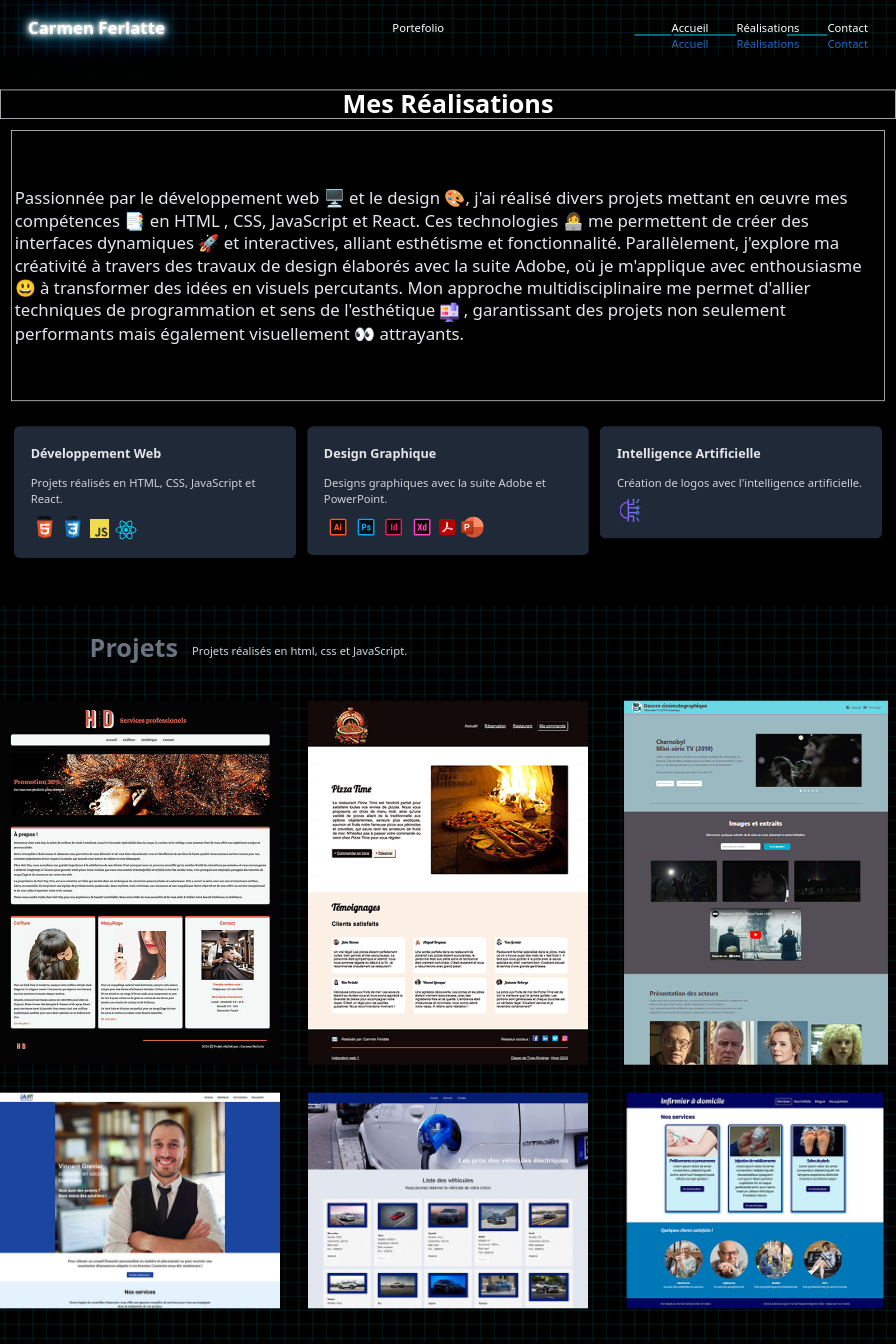
Repository: CarmenFerlatte/TP3__FerlatteCarmen
Page: realisations.html
These files come from the project's save history. The page is drawn as it stood at one moment and after a run of saves; the edit follows.
The browser window is 1280 px wide. The pictures show the part of the page from y = 0 to 1920 px (the page is 2917 px tall before and 2925 px after), at 70% of full size.
Some web libraries are served in a nearby version. The style sheet was rebuilt from its Sass, Less or Tailwind sources for each picture, by a compiler version that may differ from the author's.

Above is the page before, as saved 2024-08-22 11:21:56.
Console error: TypeError: Cannot read properties of null (reading 'addEventListener')

### realisations.html
<!DOCTYPE html>
<html lang="fr-ca">
<head>
    <meta charset="UTF-8">
    <meta name="viewport" content="width=device-width, initial-scale=1.0">
    <link href="https://cdn.jsdelivr.net/npm/tailwindcss@2.2.19/dist/tailwind.min.css" rel="stylesheet">
    <title>Mon Portefolio</title>
    <script src="https://cdn.tailwindcss.com"></script>
    <link href="https://cdn.jsdelivr.net/npm/tailwindcss@2.2.19/dist/tailwind.min.css" rel="stylesheet">
    <link rel="stylesheet" href="https://cdnjs.cloudflare.com/ajax/libs/font-awesome/6.4.0/css/all.min.css">
    <link rel="stylesheet" href="style/css/style.css">
    <link rel="apple-touch-icon" sizes="180x180" href="img/favicons/apple-touch-icon.png">
    <link rel="icon" type="image/png" sizes="32x32" href="img/favicons/favicon-32x32.png">
    <link rel="icon" type="image/png" sizes="16x16" href="img/favicons/favicon-16x16.png">
    <link rel="manifest" href="img/favicons/site.webmanifest">
    <script src="https://code.jquery.com/jquery-3.6.0.min.js"></script>
    <script src="js/navbar.js" defer></script>
    <script src="js/script.js" defer></script>
    <script src="js/header.js" defer></script>
    <script src="js/install.js" defer></script>
    <script>
        $(function(){
            $("#header").load("assets/php/header.html");
            $("#footer").load("assets/php/footer.html");
        });
    </script>
</head>

<body class="bg-black text-white h-dvh">
    <header id="header"></header>

<main>
    <section class="md:h-full bg-black text-white py-8 sm:py-11 lg:py-12">
         <h1 class="text-2xl md:text-3xl lg:text-4xl  font-bold text-center mt-20 border">Mes Réalisations</h1>
    <div class="container flex justify-center items-center mx-auto px-4 py-20 md:py-4">

        <p class="text-sm sm:text-md md:text-base lg:text-1xl xl:text-2xl leading-6 text-left lg:py-20 px-5 md:px-2 lg:px-1 2xl:px-0 text-gray-200 border">Passionnée par le développement web 🖥  et le design 🎨, j'ai réalisé divers projets mettant en œuvre mes compétences 📑  en HTML , CSS, JavaScript et React. Ces technologies 👩‍💻 me permettent de créer des interfaces dynamiques 🚀 et interactives, alliant esthétisme et fonctionnalité. Parallèlement, j'explore ma créativité à travers des travaux de design élaborés avec la suite Adobe, où je m'applique avec enthousiasme 😃  à transformer des idées en visuels percutants. Mon approche multidisciplinaire me permet d'allier techniques de programmation et sens de l'esthétique <span><img class="w-7 inline-block align-middle" src="img/icons/design_web.svg" alt="icone design web"></span> , garantissant des projets non seulement performants mais également visuellement 👀 attrayants.  </p>

    </div>

<div class="container mx-auto px-4 py-1 md:py-5 md:mb-0 mt-[-10px] md:mt-0">
    <div class="grid grid-cols-12 gap-4 flex items-stretch px-5 md:px-2 lg:px-1">
        <div class="col-span-12 md:col-span-6 lg:col-span-4">
            <a href="#projets" title="Voir les projets">
                <div class="relative group cursor-pointer bg-gray-800 p-6 rounded-lg shadow-lg hover:bg-gray-700 hover:shadow-xl transition duration-300">
                    <h3 class="sm:text-lg md:text-1xl text-2xl font-bold text-gray-200">Développement Web</h3>
                    <p class="text-gray-300 mt-4 mb-1">Projets réalisés en HTML, CSS, JavaScript et React.</p>
                    <p class="flex">
                        <img src="img/icons/html5_icon.svg" alt="HTML5 icône" class="w-8 h-8 mt-2 mx-1">
                        <img src="img/icons/css3_icon.svg" alt="CSS3 icône" class="w-8 h-8 mt-2 mx-1">
                        <img src="img/icons/javascript_icon.svg" alt="JavaScript icône" class="w-7 h-7 mt-3 mx-1">
                        <img src="img/icons/react_native_icon.svg" alt="React icône" class="w-8 h-8 mt-3 mx-1">
                    </p>
                </div>
            </a>
        </div>

        <div class="col-span-12 md:col-span-6 lg:col-span-4 flex flex-col">
            <a href="#galerie" title="Voir les designs" class="flex-grow">
                <div class="relative group cursor-pointer bg-gray-800 p-6 rounded-lg shadow-lg hover:bg-gray-700 hover:shadow-xl transition duration-300 flex flex-col">
                    <h3 class="sm:text-lg md:text-1xl text-2xl font-bold text-gray-200 group">Design Graphique</h3>
                    <p class="text-gray-300 mt-4 mb-1">Designs graphiques avec la suite Adobe et PowerPoint.</p>
                    <div class="flex">
                        <img src="img/icons/adobe-illustrator_icon.svg" alt="Illustrator icône" class="w-8 h-8 mt-2 mx-1">
                        <img src="img/icons/adobe_photoshop_icon.svg" alt="Photoshop icône" class="w-8 h-8 mt-2 mx-1">
                        <img src="img/icons/adobe_indesign_icon.svg" alt="InDesign icône" class="w-8 h-8 mt-2 mx-1">
                        <img src="img/icons/adobe-xd_icon.svg" alt="XD icône" class="w-8 h-8 mt-2 mx-1">
                        <img src="img/icons/Adobe_Acrobat_Reader_icon.svg" alt="Acrobat Reader icône" class="w-6 h-6 mt-3 mx-1">
                        <img src="img/icons/microsoft_powerpoint_icon.svg" alt="PowerPoint icône" class="w-8 h-8 mt-2 mx-1">
                    </div>
                </div>
            </a>
        </div>

        <div class="col-span-12 md:col-span-6 lg:col-span-4 flex flex-col">
            <a href="#galerie" title="Voir les projets" class="flex-grow">
                <div class="relative group cursor-pointer bg-gray-800 p-6 rounded-lg shadow-lg hover:bg-gray-700 hover:shadow-xl transition duration-300 flex flex-col">
                    <h3 class="sm:text-lg md:text-1xl text-2xl font-bold text-gray-200">Intelligence Artificielle</h3>
                    <p class="text-gray-300 mt-4 mb-1">Création de logos avec l'intelligence artificielle.</p>
                    <div class="flex">
                        <img src="img/icons/intelligence_artificielle_icon.svg" alt="PowerPoint icône" class="w-8 h-8 mt-2 mx-1">
                    </div>
                </div>
            </a>
        </div>
    </div>
</div>


    </section>

    <section class="cyber-grid md:mt-auto">
        <div class="max-w-screen-sm md:max-w-screen-md lg:max-w-screen-lg 2xl:max-w-screen-2xl mx-auto flex inlign-flex align-items pt-10"><h2 id="projets" class="text-2xl md:text-3xl lg:text-4xl font-bold text-gray-500 lg:text-3xl dark:text-white ml-10 sm:ml-0">Projets</h2>
        <p class="hidden max-w-screen-sm text-1xl text-gray-300 dark:text-gray-300 md:block pt-3 pl-5">
                Projets réalisés en html, css et JavaScript.
                </p></div>
    <div class="container mx-auto py-8 md:mt-2 px-2 md:px-2 lg:px-0">

        <div class="grid grid-cols-1 md:grid-cols-2 lg:grid-cols-3 gap-10 p-4 w-full mx-auto place-items-start px-10 sm:px-0">
            <img class="hover:opacity-75" src="img/screenshots/2024__projet__salon_de_coiffure.jpg" alt="image">
            <img class="hover:opacity-75" src="img/screenshots/2024__projet__restaurant.png" alt="image">
            <img class="hover:opacity-75" src="img/screenshots/2024__projet_cinema.png" alt="image">
            <img class="hover:opacity-75" src="img/screenshots/2024__projet__vincent_grenier_w600.jpg" alt="image">
            <img class="hover:opacity-75" src="img/screenshots/mon_premier_projet_react.jpg" alt="image">
            <img class="hover:opacity-75" src="img/screenshots/2023__projet__soins_infirmiers.png" alt="image">
        </div>
    </div>
</section>
    <section class="dark:bg-gray-800 h-full pt-16">
        <div class="flex items-center gap-12 max-w-screen-sm md:max-w-screen-md lg:max-w-screen-lg 2xl:max-w-screen-2xl mx-auto mb-0">
                <h2 id="galerie" class="text-2xl md-text-3xl lg:text-4xl font-bold text-gray-500 dark:text-white">Galerie</h2>

                <p class="hidden max-w-screen-sm text-1xl text-gray-300 dark:text-gray-300 md:block">
                Mes designs graphiques avec Adobe Illustrator, InDesign, Photoshop et PowerPoint de Microsoft Office.
                </p>
            </div>
    <div class="mx-auto h-auto max-w-screen-2xl px-4 md:px-8 mb-16 mt-[-40px] md:mt-auto">

        <div class="mb-4 flex items-center justify-between gap-8 sm:mb-8 md:mb-12">


            <!-- <a href=""
                class="inline-block rounded-lg border bg-white dark:bg-gray-700 dark:border-none px-4 py-2 text-center text-sm font-semibold text-gray-500 dark:text-gray-200 outline-none ring-indigo-300 transition duration-100 hover:bg-gray-100 focus-visible:ring active:bg-gray-200 md:px-8 md:py-3 md:text-base">
                More
            </a> -->
        </div>

        <div class="grid grid-cols-1 md:grid-cols-2 lg:grid-cols-3 mx-10 gap-4 md:gap-6 xl:gap-8">
            <!-- image - start -->
            <a href="https://le-redacteur-sportif.ca/harricana_trail_2023.html" title="Le Rédacteur Sportif" target="_blank" rel="noopener noreferrer"
                class="group relative flex items-end h-72 md:h-80 overflow-hidden rounded-lg bg-gray-100 shadow-lg">
                <img src="img/design/harricana_trail_80km__charlevoix__Vincent_Greniert.jpg" loading="lazy" alt="Projet Carmen Ferlatte Adobe InDesign (brochure)" class="absolute inset-0 h-full w-full object-cover object-center transition duration-200 group-hover:scale-110">

                <div
                    class="pointer-events-none absolute inset-0 bg-gradient-to-t from-gray-800 via-transparent to-transparent opacity-50">
                </div>

                <span class="relative ml-4 mb-3 inline-block text-sm text-white md:ml-5 md:text-lg">PowerPoint</span>
            </a>
            <!-- image - end -->

            <!-- image - start -->
            <div
                class="group relative flex items-end h-72 md:h-48 overflow-hidden rounded-lg bg-gray-100 shadow-lg md:h-80">
                <img src="img/design/05__affiche_bungee__Carmen_Ferlatte.jpg" loading="lazy" alt="Projet Carmen Ferlatte Adobe Illustrator (affiche)" class="absolute inset-0 h-full w-full object-cover object-center transition duration-200 group-hover:scale-110">

                <div
                    class="pointer-events-none absolute inset-0 bg-gradient-to-t from-gray-800 via-transparent to-transparent opacity-50">
                </div>

                <span class="relative ml-4 mb-3 inline-block text-sm text-white md:ml-5 md:text-lg">Illustrator + Photoshop + Mockup</span>
            </div>
            <!-- image - end -->

            <!-- image - start -->
            <div
                class="group relative flex items-end h-72 md:h-48 overflow-hidden rounded-lg bg-gray-100 shadow-lg md:h-80">
                <img src="img/design/exercice_inDesign__Carmen_Ferlatte.jpg" loading="lazy" alt="Photo by Magicle" class="absolute inset-0 h-full w-full object-cover object-center transition duration-200 group-hover:scale-110">

                <div
                    class="pointer-events-none absolute inset-0 bg-gradient-to-t from-gray-800 via-transparent to-transparent opacity-50">
                </div>

                <span class="relative ml-4 mb-3 inline-block text-sm text-white md:ml-5 md:text-lg">InDesign</span>
            </div>
            <!-- image - end -->

            <!-- image - start -->
            <a href="https://le-redacteur-sportif.ca/harricana_trail_2023.html" title="Le Rédacteur Sportif" target="_blank" rel="noopener noreferrer"
                class="group relative flex items-end h-72 md:h-48 overflow-hidden rounded-lg bg-gray-100 shadow-lg md:h-80">
                <img src="img/design/casquette__RS__w1200.jpg" loading="lazy" alt="Affiche médias sociaux PowerPoint / Carmen Ferlatte" class="absolute inset-0 h-full w-full object-cover object-center transition duration-200 group-hover:scale-110">

                <div
                    class="pointer-events-none absolute inset-0 bg-gradient-to-t from-gray-800 via-transparent to-transparent opacity-50">
                </div>

                <span class="relative ml-4 mb-3 inline-block text-sm text-white md:ml-5 md:text-lg">Photoshop + Mockup</span>
            </a>
            <!-- image - end -->

            <!-- image - start -->
            <div
                class="group relative flex h-72 md:h-48 items-end overflow-hidden rounded-lg bg-gray-100 shadow-lg md:h-80">
                <img src="img/design/projet__brochure__spa__450x345.jpg" loading="lazy" alt="Brochure InDesign et Mockup / Carmen Ferlatte" class="absolute inset-0 h-full w-full object-cover object-center transition duration-200 group-hover:scale-110">

                <div
                    class="pointer-events-none absolute inset-0 bg-gradient-to-t from-gray-800 via-transparent to-transparent opacity-50">
                </div>

                <span class="relative ml-4 mb-3 inline-block text-sm text-white md:ml-5 md:text-lg">InDesign / Mockup</span>
            </div>
            <!-- image - end -->
             <!-- image - start -->
            <div
                class="group relative flex h-72 md:h-48 items-end overflow-hidden rounded-lg bg-gray-100 shadow-lg md:h-80">
                <img src="img/design/logo_colley_carmen_ferlatte.jpg" loading="lazy" alt="Logo fait avec l'Intélligence artificielle / Carmen Ferlatte" class="absolute inset-0 h-full w-full object-cover object-center transition duration-200 group-hover:scale-110">

                <div
                    class="pointer-events-none absolute inset-0 bg-gradient-to-t from-gray-800 via-transparent to-transparent opacity-50">
                </div>

                <span class="relative ml-4 mb-3 inline-block text-sm text-white md:ml-5 md:text-lg">Intélligence artificielle</span>
            </div>
            <!-- image - end -->
        </div>
    </div>
</section>
</main>

   <footer id="footer" class="block clear-both mt-16"></footer>
</body>
</html>

### js/install.js
// Description: Script pour l'installation de la PWA

let deferedInstallPrompt = null;
    const installButton = document.getElementById('butInstall');

    installButton.addEventListener('click', installPWA);

    window.addEventListener('beforeInstallPrompt', afficherButtonInstall);

    function afficherBoutonInstall(evt) {
        deferedInstallPrompt = evt;
        installButton.removeAttribute('hidden');
    }

    function installPWA(evt) {
        deferedInstallPrompt.prompt();
        evt.srcElement.setAttribute('hidden', true);
        deferedInstallPrompt.userChoice
            .then((choice) => {
                if (choice.outcome === 'accepted') {
                    console.log("L'usager a installé la PWA VIA le mon bouton d'installation", choice);
                } else {
                    console.log("Lusager a refusé l'installation de la PWA VIA le boutton d'installation", choice);
                }
                deferedInstallPrompt = null;
            });

        function logAppInstalled(evt) {
            console.log("L'usager a installé la PWA VIA Les ... de Chrome");
    }
 };

### assets/php/header.html
<header>
  <nav class="bg-animated cyber-grid fixed w-full z-50">
    <div class="w-full mx-auto px-6 md:px-10">
      <div class="flex justify-between items-center py-6">
        <a
          href="index.html"
          class="text-xl sm:text-1xl lg:text-2xl font-bold neon-text glitch-effect"
          data-text="Carmen Ferlatte"
          >Carmen Ferlatte</a
        >
        <label for="menu-toggle">Portefolio</label>
        <input type="checkbox" id="menu-toggle" class="hidden" />
        <label for="menu-toggle" class="menu-icon cursor-pointer md:hidden">
          <span class="hamburger"></span>
        </label>
        <ul class="menu hidden md:flex md:items-center space-x-10">
          <li>
            <a href="index.html" class="nav-link" data-text="Accueil"
              >Accueil</a
            >
          </li>
          <li>
            <a
              href="realisations.html"
              class="nav-link"
              data-text="Réalisations"
              >Réalisations</a
            >
          </li>
          <li>
            <a href="contact.html" class="nav-link" data-text="Contact"
              >Contact</a
            >
          </li>
          <!-- <li><a href="#" class="bg-gradient-to-r from-cyan-500 to-blue-500 text-white font-bold py-2 px-4 rounded hover:from-cyan-600 hover:to-blue-600 transition-all duration-300">Sign Up</a></li> -->
        </ul>
      </div>
    </div>
  </nav>
</header>

### assets/php/footer.html
<footer class="cyber-grid">
    <div class="container mx-auto px-4 py-10">
        <p class="text-center text-white">© 2024 Carmen Ferlatte. Tous droits réservés.</p>
   </div>
</footer>

### style/sass/style.scss
@use "navbar" as *;

### style/sass/_navbar.scss
@keyframes neon-pulse {
    0%, 100% {
        text-shadow: 0 0 5px #fff, 0 0 10px #fff, 0 0 15px #fff, 0 0 20px #0891b2, 0 0 35px #0891b2, 0 0 40px #0891b2, 0 0 50px #0891b2, 0 0 75px #0891b2;
    }
    50% {
        text-shadow: 0 0 2px #fff, 0 0 5px #fff, 0 0 7px #fff, 0 0 10px #0891b2, 0 0 17px #0891b2, 0 0 20px #0891b2, 0 0 25px #0891b2, 0 0 37px #0891b2;
    }
}

.neon-text {
    animation: neon-pulse 1.5s infinite alternate;
}

.bg-animated {
    background: linear-gradient(-45deg, #000000, #1a1a1a, #000033, #003366);
    background-size: 400% 400%;
    animation: gradient 15s ease infinite;
}

@keyframes gradient {
    0% { background-position: 0% 50%; }
    50% { background-position: 100% 50%; }
    100% { background-position: 0% 50%; }
}

.cyber-grid {
    background-image:
        linear-gradient(rgba(0, 255, 255, 0.1) 1px, transparent 1px),
        linear-gradient(90deg, rgba(0, 255, 255, 0.1) 1px, transparent 1px);
    background-size: 20px 20px;
    animation: cyber-grid-move 20s linear infinite;
}

@keyframes cyber-grid-move {
    0% { background-position: 0 0; }
    100% { background-position: 20px 20px; }
}



.nav-link {
    position: relative;
    overflow: hidden;

        &::before {
            content: '';
            position: absolute;
            bottom: 0;
            left: 0;
            width: 100%;
            height: 2px;
            background-color: #0891b2;
            transform: translateX(-100%);
            transition: transform 0.3s ease;
        }

       &:hover::before {
            transform: translateX(0);
        }

        &::after {
            content: attr(data-text);
            position: absolute;
            top: 0;
            left: 0;
            width: 100%;
            height: 100%;
            display: flex;
            align-items: center;
            justify-content: center;
            transform: translateY(100%);
            background: linear-gradient(to bottom, #0891b2, #3e43cb);
            -webkit-background-clip: text;
            background-clip: text;
            -webkit-text-fill-color: transparent;
            transition: transform 0.3s ease;
        }

        &:hover::after {
            transform: translateY(0);
        }
}


.glitch-effect {
    position: relative;

    &::before,
    &::after {
        content: attr(data-text);
        position: absolute;
        top: 0;
        left: 0;
        width: 100%;
        height: 100%;
        opacity: 0.8;
    }

    &::before {
        left: 2px;
        text-shadow: -2px 0 #ff00de;
        clip: rect(24px, 550px, 90px, 0);
        animation: glitch-anim 3s infinite linear alternate-reverse;
    }

    &::after {
        left: -2px;
        text-shadow: -2px 0 #0891b2;
        clip: rect(85px, 550px, 140px, 0);
        animation: glitch-anim 2s infinite linear alternate-reverse;
    }

}



@keyframes glitch-anim {
    0% { clip: rect(39px, 9999px, 71px, 0); }
    20% { clip: rect(3px, 9999px, 5px, 0); }
    40% { clip: rect(6px, 9999px, 38px, 0); }
    60% { clip: rect(13px, 9999px, 43px, 0); }
    80% { clip: rect(44px, 9999px, 93px, 0); }
    100% { clip: rect(54px, 9999px, 47px, 0); }
}

#menu-toggle {
    &:checked {
        ~ .menu {
            display: block;
        }

        ~ .menu-icon {
            .hamburger {
                transform: rotate(45deg);

                &::before {
                    transform: translateY(8px) rotate(90deg);
                }

                &::after {
                    transform: translateY(-8px) rotate(90deg);
                }
            }
        }
    }
}

.hamburger,
.hamburger::before,
.hamburger::after {
    content: '';
    display: block;
    background: #0891b2;
    height: 3px;
    width: 30px;
    transition: transform 0.5s cubic-bezier(0.23, 1, 0.32, 1);
}

.hamburger {
    &::before {
        transform: translateY(-8px);
    }

    &::after {
        transform: translateY(8px);
    }
}

@media (max-width: 768px) {
    .menu {
        position: fixed;
        top: 60px;
        left: 0;
        right: 0;
        width: 100%;
        height: 0;
        background: rgba(0, 0, 0, 0.9);
        overflow: hidden;
        transition: height 0.5s cubic-bezier(0.23, 1, 0.32, 1);
        text-align: right;
        padding-right: 20px;
        padding-top: 20px;

        a {
            display: block;
            font-size: 1.2rem;
            padding: 10px 0;
            text-decoration: underline 2px #0891b2;

            &:hover {
                color: #0891b2;
                text-decoration: none;
                cursor: pointer;
            }
        }
    }

    #menu-toggle:checked ~ .menu {
        height: calc(100vh - 60px);
    }
}

@media (max-width: 640px) {
    .no-glitch {
        animation: none !important;
    }
}

/*-------------Invisible Navbar-------------*/

.navbar-hidden {
    transform: translateY(-100%);
    transition: transform 0.3s ease-in-out;
}

Loaded but not shown: js/script.js (33 lines, source omitted); js/navbar.js (30 lines, source omitted); js/header.js (32 lines, source omitted)

After the next 2 saves:
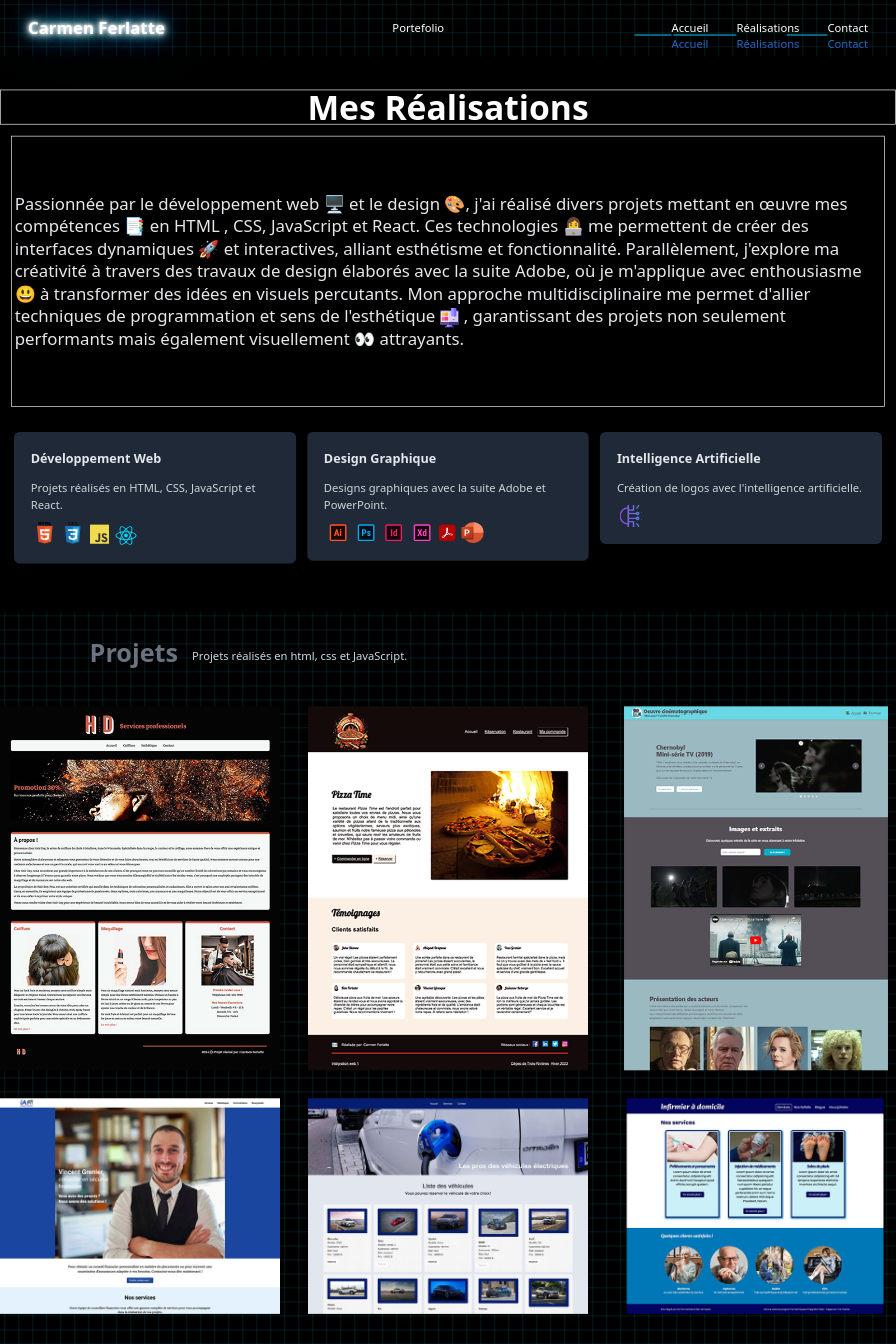
The 2 saves are shown as one change because they came seconds apart.
The last was saved 18 s later.
--- a/realisations.html
+++ b/realisations.html
@@ -31,7 +31,7 @@
 
 <main>
     <section class="md:h-full bg-black text-white py-8 sm:py-11 lg:py-12">
-         <h1 class="text-2xl md:text-3xl lg:text-4xl  font-bold text-center mt-20 border">Mes Réalisations</h1>
+         <h1 class="text-2xl md:text-3xl lg:text-4xl xl:text-5xl font-bold text-center mt-20 border">Mes Réalisations</h1>
     <div class="container flex justify-center items-center mx-auto px-4 py-20 md:py-4">
 
         <p class="text-sm sm:text-md md:text-base lg:text-1xl xl:text-2xl leading-6 text-left lg:py-20 px-5 md:px-2 lg:px-1 2xl:px-0 text-gray-200 border">Passionnée par le développement web 🖥  et le design 🎨, j'ai réalisé divers projets mettant en œuvre mes compétences 📑  en HTML , CSS, JavaScript et React. Ces technologies 👩‍💻 me permettent de créer des interfaces dynamiques 🚀 et interactives, alliant esthétisme et fonctionnalité. Parallèlement, j'explore ma créativité à travers des travaux de design élaborés avec la suite Adobe, où je m'applique avec enthousiasme 😃  à transformer des idées en visuels percutants. Mon approche multidisciplinaire me permet d'allier techniques de programmation et sens de l'esthétique <span><img class="w-7 inline-block align-middle" src="img/icons/design_web.svg" alt="icone design web"></span> , garantissant des projets non seulement performants mais également visuellement 👀 attrayants.  </p>
